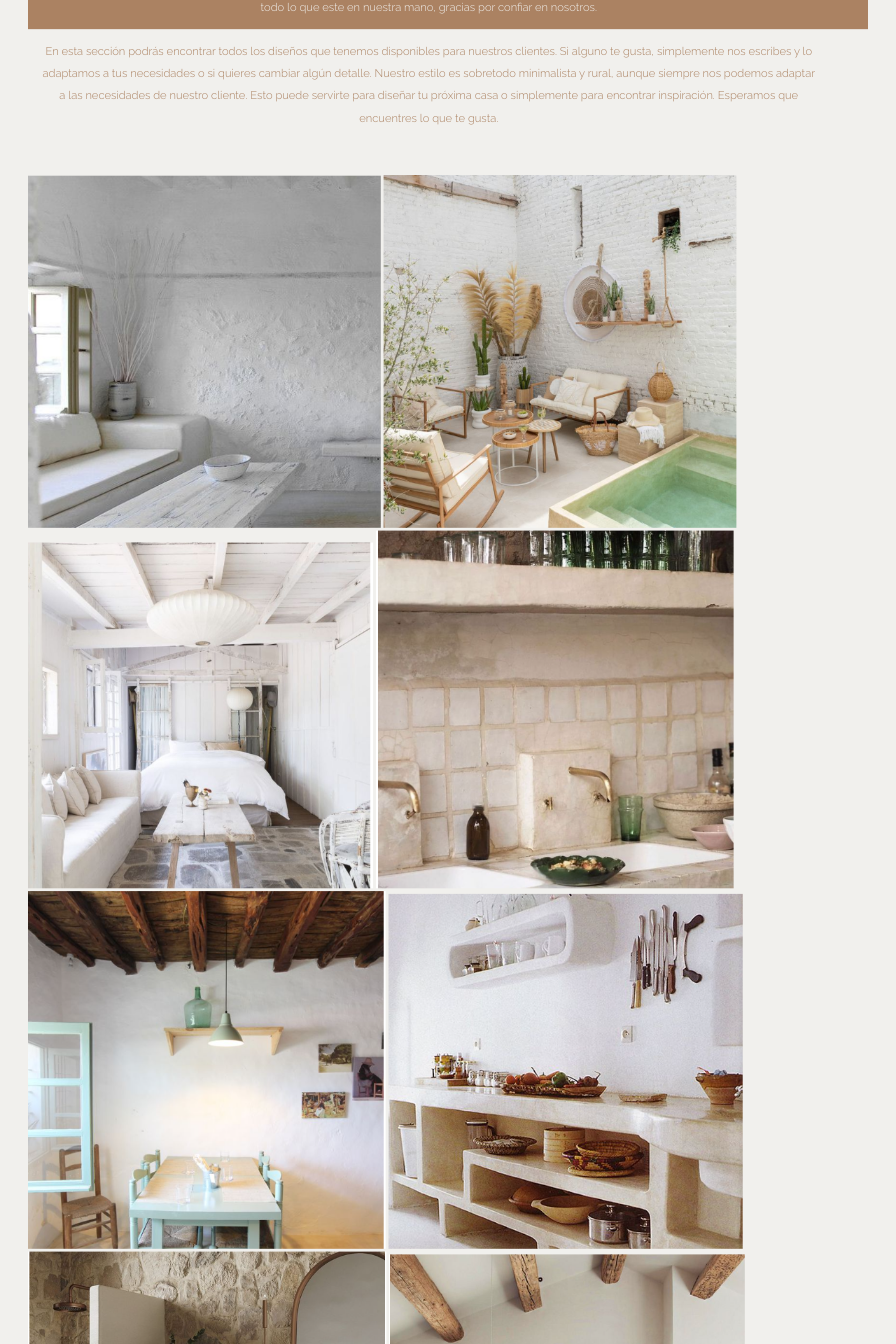
Repository: OmarDvd/proyectoDisenoInterior
Page: disenos.html
The author's editor kept a record of every edit. The page is drawn from the files as they stood at one moment, then again after the next edit.
The browser window is 1280 px wide. The pictures show the part of the page from y = 540 to 2460 px (the page is 3352 px tall before and 1705 px after), at 70% of full size.

Above is the page before.
Console error: TypeError: Cannot set properties of null (setting 'onclick')

After the next edit:
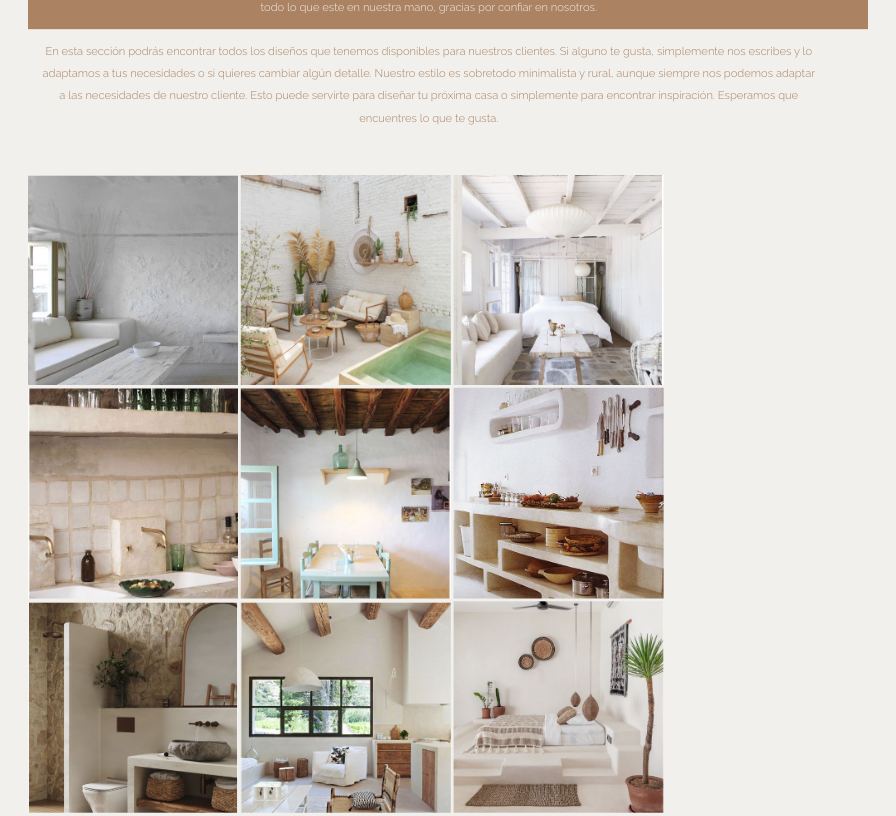
The edit:
--- a/css/estilos.css
+++ b/css/estilos.css
@@ -123,4 +123,13 @@
         #boton_blanco{
             color: #AB8262;
             background-color: #F1F0ED;
+            padding-top: 56px;
         }
+
+        /*DISEÑOS*/
+        .img_diseng{
+            max-width: 1000px;
+        }
+        .img_diseng img{
+            width: 300px;
+        }
